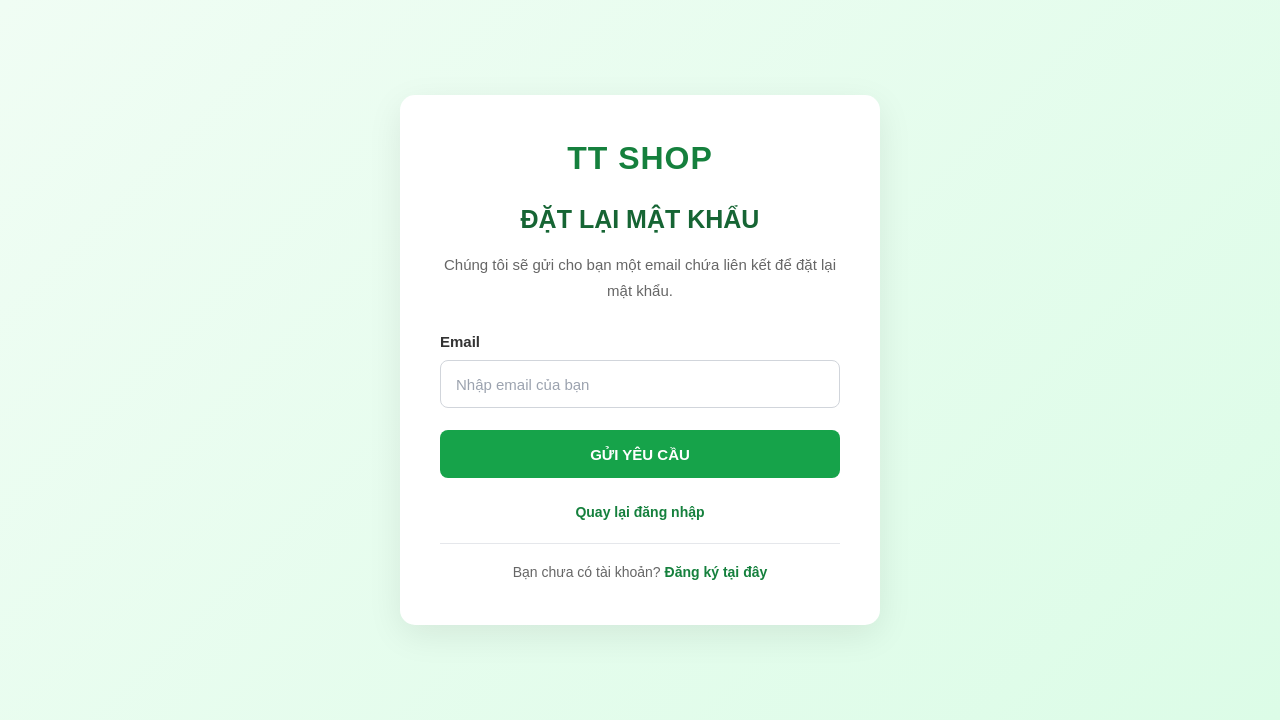
Repository: chuthimytam9a1920-ai/TTSHOP
Page: http://localhost/quenmatkhau.php
The author's editor kept a copy of each file at every save. The page is drawn from the files as they stood at one save, then again after the next save.
The browser window is 1280 px wide. The pictures show the whole page.
The page is run by PHP 8.4 with error messages shown; the project is at /var/www/html/.

Above is the page before, as saved 2026-10-12 08:24:28.

### quenmatkhau.php

<?php
session_start();

// Nhận thông báo từ trang xử lý gửi email
$success = $_SESSION['reset_success'] ?? '';
$error = $_SESSION['reset_error'] ?? '';

unset($_SESSION['reset_success'], $_SESSION['reset_error']);
?>

<!DOCTYPE html>
<html lang="vi">
<head>
    <meta charset="UTF-8">
    <meta name="viewport" content="width=device-width, initial-scale=1.0">

    <title>Quên mật khẩu - TT SHOP</title>

    <link rel="stylesheet" href="stylequenmatkhau.css">
</head>

<body>

    <div class="reset-container">

        <div class="reset-box">

            <div class="shop-logo">
                <a href="index.php">TT SHOP</a>
            </div>

            <h1>ĐẶT LẠI MẬT KHẨU</h1>

            <p class="description">
                Chúng tôi sẽ gửi cho bạn một email chứa
                liên kết để đặt lại mật khẩu.
            </p>

            <?php if (!empty($success)): ?>
                <div class="alert alert-success">
                    <?php echo htmlspecialchars($success, ENT_QUOTES, 'UTF-8'); ?>
                </div>
            <?php endif; ?>

            <?php if (!empty($error)): ?>
                <div class="alert alert-error">
                    <?php echo htmlspecialchars($error, ENT_QUOTES, 'UTF-8'); ?>
                </div>
            <?php endif; ?>

            <form action="xulyquenmatkhau.php" method="POST">

                <div class="form-group">
                    <label for="email">Email</label>

                    <input
                        type="email"
                        id="email"
                        name="email"
                        placeholder="Nhập email của bạn"
                        maxlength="254"
                        autocomplete="email"
                        required
                    >
                </div>

                <button type="submit" class="reset-btn">
                    GỬI YÊU CẦU
                </button>

            </form>

            <div class="back-login">
                <a href="dangnhap.php">Quay lại đăng nhập</a>
            </div>

            <div class="register-link">
                Bạn chưa có tài khoản?
                <a href="dangky.php">Đăng ký tại đây</a>
            </div>

        </div>

    </div>

</body>
</html>

### stylequenmatkhau.css

/* =========================================
   TT SHOP - TRANG QUEN MAT KHAU
========================================= */

/* RESET CSS */

* {
    margin: 0;
    padding: 0;
    box-sizing: border-box;
}

body {
    font-family: Arial, Helvetica, sans-serif;
    background: linear-gradient(135deg, #f0fdf4, #dcfce7);
    color: #333;
    min-height: 100vh;
}

/* =========================================
   KHUNG CHINH
========================================= */

.reset-container {
    min-height: 100vh;
    display: flex;
    justify-content: center;
    align-items: center;
    padding: 30px 15px;
}

/* =========================================
   HOP QUEN MAT KHAU
========================================= */

.reset-box {
    background: #ffffff;
    width: 100%;
    max-width: 480px;
    padding: 45px 40px;
    border-radius: 15px;
    box-shadow: 0 10px 35px rgba(0, 0, 0, 0.08);
    text-align: center;
}

/* =========================================
   LOGO TT SHOP
========================================= */

.shop-logo {
    margin-bottom: 28px;
}

.shop-logo a {
    font-size: 32px;
    font-weight: 800;
    color: #15803d;
    text-decoration: none;
    letter-spacing: 1px;
}

/* =========================================
   TIEU DE
========================================= */

.reset-box h1 {
    font-size: 25px;
    font-weight: 700;
    color: #166534;
    margin-bottom: 18px;
}

/* =========================================
   MO TA
========================================= */

.description {
    font-size: 15px;
    color: #666;
    line-height: 1.7;
    margin-bottom: 30px;
}

/* =========================================
   FORM NHAP EMAIL
========================================= */

.form-group {
    margin-bottom: 22px;
    text-align: left;
}

.form-group label {
    display: block;
    font-size: 15px;
    font-weight: 600;
    margin-bottom: 10px;
    color: #333;
}

.form-group input {
    width: 100%;
    height: 48px;
    padding: 0 15px;
    border: 1px solid #d1d5db;
    border-radius: 8px;
    font-size: 15px;
    outline: none;
    background: #fff;
    transition: all 0.3s ease;
}

.form-group input:focus {
    border-color: #0e8439;
    box-shadow: 0 0 0 3px rgba(22, 163, 74, 0.12);
}

.form-group input::placeholder {
    color: #9ca3af;
}

/* =========================================
   NUT GUI YEU CAU
========================================= */

.reset-btn {
    width: 100%;
    height: 48px;
    border: none;
    border-radius: 8px;
    background: #16a34a;
    color: white;
    font-size: 15px;
    font-weight: 700;
    cursor: pointer;
    transition: all 0.3s ease;
}

.reset-btn:hover {
    background: #15803d;
    transform: translateY(-2px);
    box-shadow: 0 5px 15px rgba(22, 163, 74, 0.2);
}

.reset-btn:active {
    transform: translateY(0);
}

/* =========================================
   QUAY LAI DANG NHAP
========================================= */

.back-login {
    margin-top: 25px;
}

.back-login a {
    font-size: 14px;
    font-weight: 600;
    color: #15803d;
    text-decoration: none;
}

.back-login a:hover {
    text-decoration: underline;
}

/* =========================================
   DANG KY TAI KHOAN
========================================= */

.register-link {
    margin-top: 22px;
    padding-top: 20px;
    border-top: 1px solid #e5e7eb;
    font-size: 14px;
    color: #666;
}

.register-link a {
    color: #15803d;
    font-weight: 600;
    text-decoration: none;
}

.register-link a:hover {
    text-decoration: underline;
}

/* =========================================
   THONG BAO THANH CONG / THAT BAI
========================================= */

.alert {
    padding: 13px 15px;
    margin-bottom: 20px;
    border-radius: 8px;
    font-size: 14px;
    line-height: 1.6;
    text-align: left;
}

.alert-success {
    background: #dcfce7;
    color: #0b7634;
    border: 1px solid #12843c;
}

.alert-error {
    background: #fee2e2;
    color: #991b1b;
    border: 1px solid #fca5a5;
}

/* =========================================
   RESPONSIVE - DIEN THOAI
========================================= */

@media (max-width: 576px) {

    .reset-container {
        padding: 20px 15px;
    }

    .reset-box {
        padding: 35px 25px;
    }

    .shop-logo a {
        font-size: 28px;
    }

    .reset-box h1 {
        font-size: 21px;
    }

    .description {
        font-size: 14px;
    }

    .form-group input,
    .reset-btn {
        height: 46px;
    }
}

After the next save:
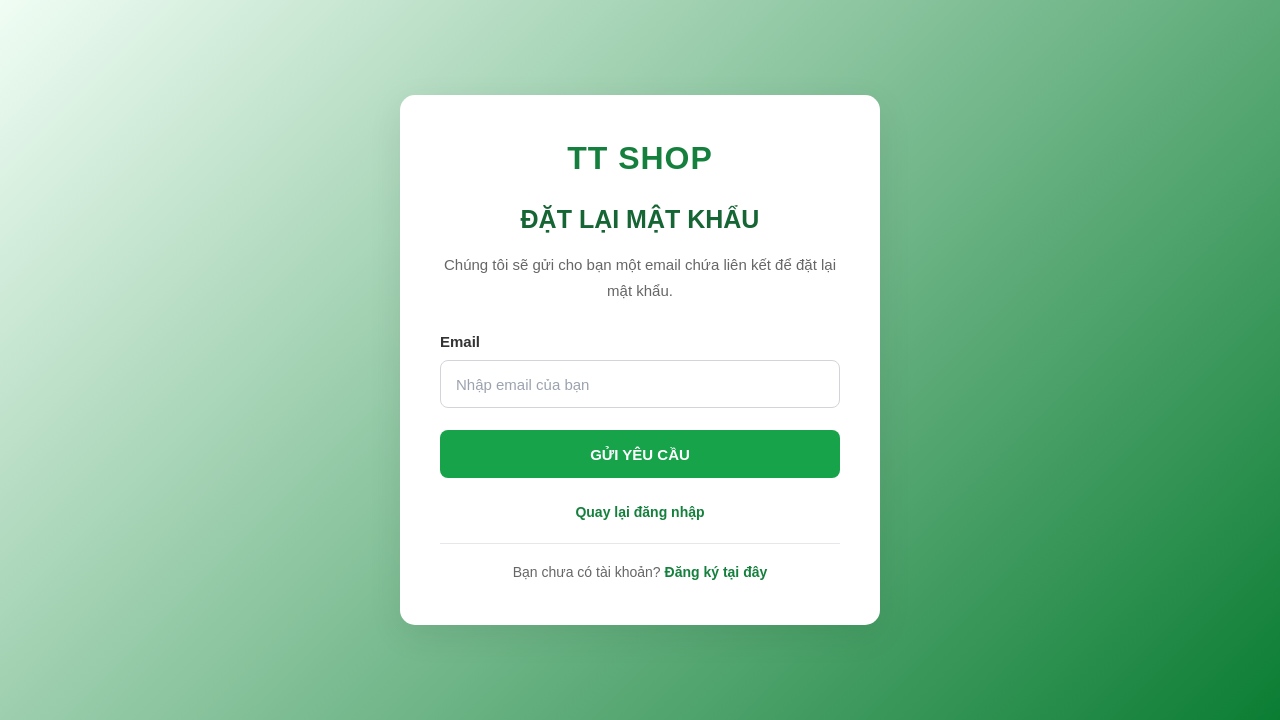
Saved 46 s later.
--- a/stylequenmatkhau.css
+++ b/stylequenmatkhau.css
@@ -13,7 +13,7 @@
 
 body {
     font-family: Arial, Helvetica, sans-serif;
-    background: linear-gradient(135deg, #f0fdf4, #dcfce7);
+    background: linear-gradient(135deg, #f0fdf4, #0b7d33);
     color: #333;
     min-height: 100vh;
 }
